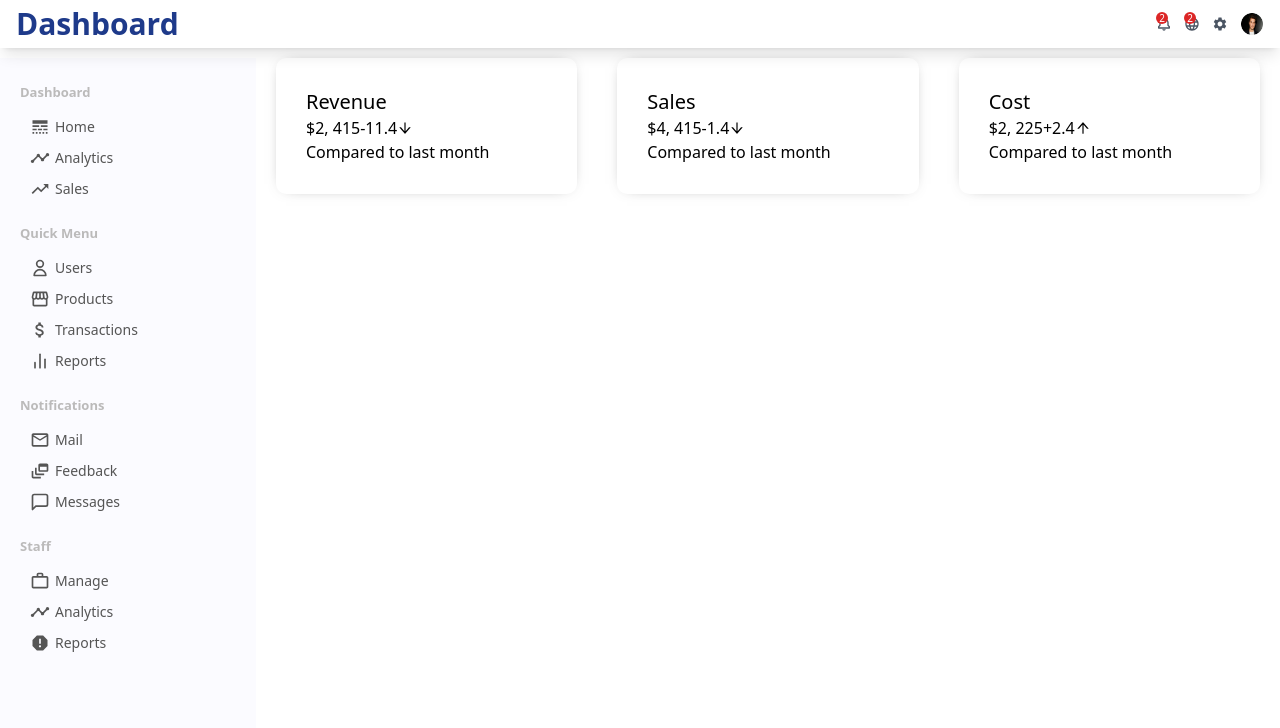
Repository: nation430/React-AdminDashboard
Page: /
An editor plug-in stored every save of this project. The page is shown before and after the next save, followed by the edit.
The browser window is 1280 px wide. The pictures show the whole page.
The project was rebuilt for these pictures with package versions that can differ from the ones it lists, and the page was loaded fresh each time.

Above is the page before, as saved 2022-08-18 15:16:31.

### public/index.html
<!DOCTYPE html>
<html lang="en">
  <head>
    <meta charset="utf-8" />
    <meta name="viewport" content="width=device-width, initial-scale=1" />
    <meta name="theme-color" content="#000000" />
    <meta
      name="description"
      content="Web site created using create-react-app"
    />
    <link rel="preconnect" href="https://fonts.googleapis.com" />
    <link rel="preconnect" href="https://fonts.gstatic.com" crossorigin />
    <link
      href="https://fonts.googleapis.com/css2?family=Source+Sans+Pro:wght@200;300;400;600;700&display=swap"
      rel="stylesheet"
    />

    <title>React Admin Dashboard</title>
  </head>
  <body>
    <noscript>You need to enable JavaScript to run this app.</noscript>
    <div id="root"></div>
  </body>
</html>

### src/index.css
@tailwind base;
h1 {
  @apply text-2xl;
}
h2 {
  @apply text-xl;
}
h3 {
  @apply text-lg;
}
@tailwind components;
@tailwind utilities;

* {
  margin: 0;
  padding:0;
  box-sizing: border-box;

}

### src/App.js
import Topbar from "./components/topbar/Topbar";
import Sidebar from "./components/sidebar/Sidebar";
import Home from "./pages/home/Home";
import "./app.css";

function App() {
  return (
    <div>
      <Topbar />
      <div className="wrapper flex h-full">
        <Sidebar />
        <Home />
      </div>
    </div>
  );
}

export default App;

### src/components/topbar/Topbar.jsx
import React from "react";
import  "./topbar.css";
import { BiBell } from 'react-icons/bi';
import { MdLanguage, MdSettings  } from "react-icons/md";


export default function Topbar () {
    return(
        <div className="topbar w-full h-12 bg-white sticky top-0 z-50 shadow-lg ">
            <div className="topbarWeapper flex items-center justify-between h-full px-4 py-0">
            <div className="topLeft">
                <span className="logo font-bold text-3xl text-blue-900 cursor-pointer ...">Dashboard</span>
            </div>
            <div className="topRight flex items-center">

                {/* First icon  */}
                <div className="topbarIconsContainer relative cursor-pointer ... ml-3 text-gray-600">
                <BiBell />
                <span className="topIconBadge absolute text-white bg-red-600 right-1 -top-1 flex items-center justify-center rounded-full text-xs h-3 w-3">2</span>
                </div>

                   {/*second icon  */}
                <div className="topbarIconsContainer relative cursor-pointer ... ml-3 text-gray-600">
                <MdLanguage />
                <span className="topIconBadge absolute text-white bg-red-600 right-1 -top-1 flex items-center justify-center rounded-full text-xs h-3 w-3">2</span>
                </div>


                    {/*third icon  */}
                <div className="topbarIconsContainer relative cursor-pointer ... mx-3 text-gray-600">
                < MdSettings  />
                </div>

                <img src="images/img.png" alt="BigCo Inc. logo"  className="topAvater w-6 h-6 rounded-full cursor-pointer ..."/>

            </div>
            </div>
        </div>
    )

}

### src/components/sidebar/Sidebar.jsx
import "./sidebar.css";
import { MdLineStyle, MdOutlineTimeline, MdTrendingUp, MdStorefront, MdAttachMoney, MdOutlineMail, MdDynamicFeed, MdWorkOutline, MdReport} from "react-icons/md";
import { HiOutlineUser} from "react-icons/hi";
import { FiBarChart2, FiMessageSquare} from "react-icons/fi";

export default function sidebar(){
    return(
        <div className="sidebar sticky">
        <div className="sidebarWrapper p-5">
            {/* first sidenavbar */}
            <div className="sidebarMenu mb-2.5">
                <h3 className="sidebarTitle">Dashboard</h3>
                <ul className="sidebarList px-4 py-0">
                    <li className="sidebarListItems flex items-center">
                    <MdLineStyle className="sidebarIcon"/>
                    Home
                    </li>

                    <li className="sidebarListItems flex items-center">
                    <MdOutlineTimeline className="sidebarIcon" />
                    Analytics
                    </li>


                    <li className="sidebarListItems flex items-center">
                    <MdTrendingUp className="sidebarIcon" />
                   Sales
                    </li>
                </ul>
            </div>

            {/* second sidenavbar */}
            <div className="sidebarMenu mb-2.5">
                <h3 className="sidebarTitle">Quick Menu</h3>
                <ul className="sidebarList px-4 py-1">
                    <li className="sidebarListItems flex items-center">
                    <HiOutlineUser className="sidebarIcon" />
                    Users
                    </li>

                    <li className="sidebarListItems flex  items-center" >
                    <MdStorefront className="sidebarIcon" />
                    Products
                    </li>

                    <li className="sidebarListItems flex items-center">
                    <MdAttachMoney className="sidebarIcon" />
                   Transactions
                    </li>


                    <li className="sidebarListItems flex items-center">
                    <FiBarChart2 className="sidebarIcon" />
                   Reports
                    </li>
                </ul>
            </div>

                {/* third sidenavbar */}
                <div className="sidebarMenu mb-2.5">
                <h3 className="sidebarTitle">Notifications</h3>
                <ul className="sidebarList px-4 py-1">
                    <li className="sidebarListItems flex items-center">
                    <MdOutlineMail className="sidebarIcon" />
                    Mail
                    </li>

                    <li className="sidebarListItems flex  items-center" >
                    <MdDynamicFeed className="sidebarIcon" />
                    Feedback
                    </li>

                    <li className="sidebarListItems flex items-center">
                    <FiMessageSquare className="sidebarIcon" />
                   Messages
                    </li>
                </ul>
            </div>

                {/* fourth sidenavbar */}
                <div className="sidebarMenu mb-2.5">
                <h3 className="sidebarTitle">Staff</h3>
                <ul className="sidebarList px-4 py-1">
                    <li className="sidebarListItems flex items-center">
                    <MdWorkOutline className="sidebarIcon" />
                    Manage
                    </li>

                    <li className="sidebarListItems flex  items-center" >
                    <MdOutlineTimeline className="sidebarIcon" />
                    Analytics
                    </li>

                    <li className="sidebarListItems flex items-center">
                    <MdReport className="sidebarIcon" />
                   Reports
                    </li>
                </ul>
            </div>
        </div>
        </div>
    )
}

### src/pages/home/Home.jsx
import "./home.css"
import FeaturedInfo from "../../featuredInfo/featuredInfo"

export default function Home(){
    return (
        <div className="home">
            <FeaturedInfo/>
        </div>
    )
}

### src/app.css

* {
    margin: 0;
    padding:0;
    box-sizing: border-box;

}


h1{
    font-size: 2em ;
    font-weight: bolder;
}

h2{
    font-size: 1.5em ;
    font-weight: bolder;
}

h3{
    font-size: 1.17em ;
    font-weight: bolder;
}

.wrapper{
    margin-top:10px;
}

### src/components/topbar/topbar.css
.text-xs{
    font-size: 10px;
  }

### src/components/sidebar/sidebar.css
.sidebar{
    flex: 1;
    height: calc(100vh - 50px);
    top:50px;
    background:rgb(251, 251, 255);
}

.sidebarWrapper{
    color: #555;
}

.sidebarTitle{
    font-size: 13px;
    color:rgb(187, 186, 186);
}

.sidebarList{
    padding:5px;
    font-size: 14px;;
}


.sidebarListItems {
    padding:5px;
    cursor: pointer;
    border-radius: 10px;
}

.sidebarListItems.active,
.sidebarListItems:hover{
    background:rgb(228, 228, 250);
}

.sidebarIcon{
    margin-right:5px;
    font-size:20px;
}

### src/pages/home/home.css
.home {
    flex:4;

}

### src/featuredInfo/featuredInfo.jsx
import "./featuredInfo.css"
import { AiOutlineArrowDown, AiOutlineArrowUp} from "react-icons/ai";

export default function fearturedInfo(){
    return (
        <div className="featured w-full flex justify-between">
            {/* first feature */}
            <div className="featuredItem">
                <span className="featuredTitle text-xl">Revenue</span>
                <div className="featuredMoneyContainer flex ">
                    <span className="featuredMoney">$2, 415</span>
                    <span className="featuredMonetRate flex items-center">-11.4
                    <AiOutlineArrowDown/>
                    </span>
                </div>
                <span className="featuredSub">Compared to last month</span>
            </div>

            {/* second feature */}
              <div className="featuredItem">
                <span className="featuredTitle text-xl">Sales</span>
                <div className="featuredMoneyContainer flex">
                    <span className="featuredMoney">$4, 415</span>
                    <span className="featuredMonetRate flex items-center">-1.4
                    <AiOutlineArrowDown/>
                    </span>
                </div>
                <span className="featuredSub">Compared to last month</span>
            </div>

            {/* third feature */}
            <div className="featuredItem">
                <span className="featuredTitle text-xl">Cost</span>
                <div className="featuredMoneyContainer flex">
                    <span className="featuredMoney">$2, 225</span>
                    <span className="featuredMonetRate flex items-center">+2.4
                    <AiOutlineArrowUp/>
                    </span>
                </div>
                <span className="featuredSub">Compared to last month</span>
            </div>
        </div>
    )
}

### src/featuredInfo/featuredInfo.css
.featuredItem{
    flex: 1;
    margin:0px 20px;
    padding:30px;
    border-radius: 10px;
    cursor: pointer;
    box-shadow: 0px 0px 15px -10px rgba(0,0,0,0.75);
-webkit-box-shadow:0px 0px 15px -10px rgba(0,0,0,0.75);
-moz-box-shadow: 0px 0px 15px -10px rgba(0,0,0,0.75);
}

Loaded but not shown: src/index.js (common file); tailwind.config.js (common file)

After the next save:
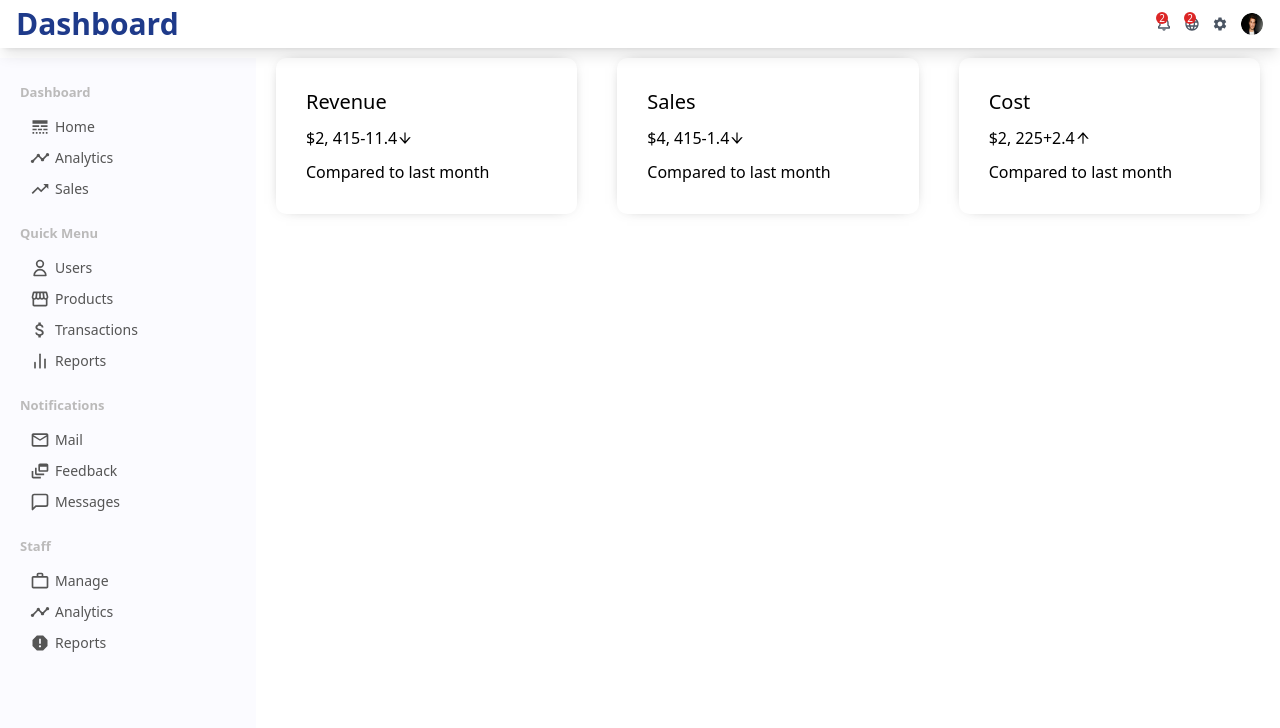
Saved 50 s later.
--- a/src/featuredInfo/featuredInfo.css
+++ b/src/featuredInfo/featuredInfo.css
@@ -8,3 +8,7 @@
 -webkit-box-shadow:0px 0px 15px -10px rgba(0,0,0,0.75);
 -moz-box-shadow: 0px 0px 15px -10px rgba(0,0,0,0.75);
 }
+
+.featuredMoneyContainer{
+    margin:10px 0px;
+}
